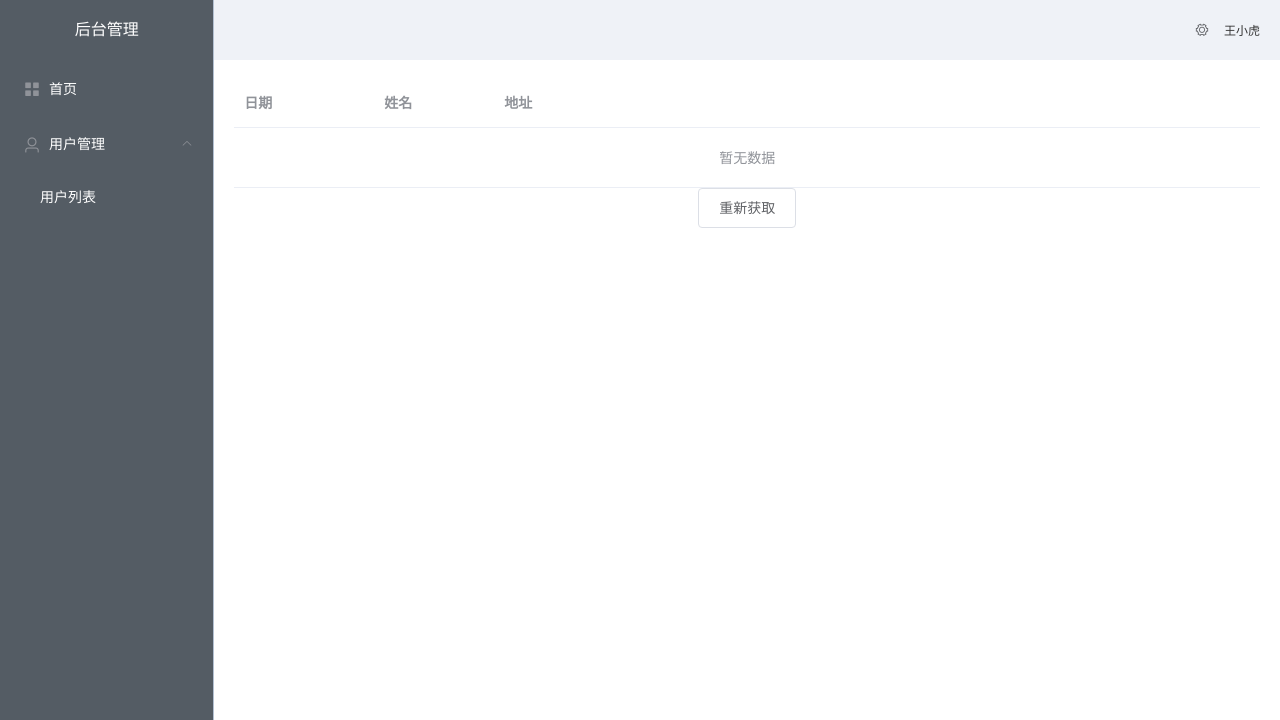
Repository: cmw520520/admin_vue
Page: /#/user/userlist
These files come from the project's save history. The page is drawn as it stood at one moment and after the next save; the edit follows.
The browser window is 1280 px wide. The pictures show the whole page.
The page's requests for data from a server got no answer. The project was rebuilt for these pictures with package versions that can differ from the ones it lists, and the page was loaded fresh each time. No one was signed in, and anything a server would have sent is missing. Also part of the build but not shown: src/page/home/Home.vue, example/Echart.vue.

Above is the page before, as saved 2019-07-02 17:13:08.

### index.html
<!DOCTYPE html>
<html>
  <head>
    <meta charset="utf-8">
    <meta name="viewport" content="width=device-width,initial-scale=1.0">
    <title>cmw</title>
  </head>
  <body>
    <div id="app"></div>
    <!-- built files will be auto injected -->
  </body>
</html>

### src/main.js
// The Vue build version to load with the `import` command
// (runtime-only or standalone) has been set in webpack.base.conf with an alias.
import Vue from 'vue'
import App from './App'
import router from './router'
import ElementUI from 'element-ui'
import 'element-ui/lib/theme-chalk/index.css'
import store from './store/index'
import axios from 'axios'

Vue.config.productionTip = false

axios.defaults.baseURL = '/api/'

Vue.use(ElementUI)

/* eslint-disable no-new */
new Vue({
  el: '#app',
  router,
  store,
  components: { App },
  template: '<App/>'
})

### src/App.vue
<template>
  <div id="app">
    <!-- <img src="./assets/logo.png"> -->
    <router-view/>
  </div>
</template>

<script>
export default {
  name: 'App'
}
</script>

<style>
#app {
  font-family: 'Avenir', Helvetica, Arial, sans-serif;
  -webkit-font-smoothing: antialiased;
  -moz-osx-font-smoothing: grayscale;
  text-align: center;
  color: #2c3e50;
  width: 100%;
  height: 100%;
  /* margin-top: 60px; */
}

body, html {
  margin: 0;
  padding: 0;
  height: 100%;
  width: 100%;
}
</style>

### src/router/index.js
import Vue from 'vue'
import Router from 'vue-router'
// import HelloWorld from '@/components/HelloWorld'
import Manage from '@/page/Manage'
import Home from '@/page/home/Home'
import UserList from '@/page/user/UserList'
import Echart from '../../example/Echart'

Vue.use(Router)

export default new Router({
  routes: [
    {
      path: '/',
      name: '',
      component: Manage,
      children: [
        {
          path: '',
          component: Home,
          meta: []
        },
        {
          path: '/user/userlist',
          component: UserList,
          meta: []
        },
        {
          path: '/example/echart',
          component: Echart,
          meta: ['图表']
        }
      ]
    }
  ]
})

### src/store/index.js
import Vue from 'vue'
import Vuex from 'vuex'
import user from './user/index'

Vue.use(Vuex)

const store = new Vuex.Store({
  modules: {
    user
  }
})

export default store

### src/page/Manage.vue
<template>
  <el-container style="height: 100%;">
    <el-col :span="4" style="background-color: rgb(84, 92, 100);overflow:hidden;">
      <el-col>
        <div class="logo">后台管理</div>
      </el-col>
      <el-col>
        <el-slider></el-slider>
      </el-col>
    </el-col>

    <el-col :span="20" style="border-left: 1px solid #b3c0d1;overflow: auto;overflow-scrolling: touch;">
      <el-header style="text-align: right; font-size: 12px">
        <el-dropdown>
          <i class="el-icon-setting" style="margin-right: 15px"></i>
          <el-dropdown-menu slot="dropdown">
            <el-dropdown-item>查看</el-dropdown-item>
            <el-dropdown-item>新增</el-dropdown-item>
            <el-dropdown-item>删除</el-dropdown-item>
          </el-dropdown-menu>
        </el-dropdown>
        <span>王小虎</span>
      </el-header>

      <el-main>
        <transition name="fade" mode="out-in">
            <router-view></router-view>
        </transition>
      </el-main>
    </el-col>
  </el-container>
</template>

<script>
import slider from '@/components/Slider'

export default {
  name: 'manage',
  components: {
    'el-slider': slider
  }
}
</script>

<style scope>
.el-header {
  background-color: #EFF2F7;
  color: #333;
  line-height: 60px;
}

.el-aside {
  color: #333;
}

.fade-enter-active, .fade-leave-active {
    transition: opacity 0.5s, transform 0.5s;
}

.fade-enter, .fade-leave-to {
    opacity: 0;
}

/* 导航logo S */
.logo {
    height: 60px;
    line-height: 60px;
    color: #fff;
}
/* 导航logo E */
</style>

### src/page/user/UserList.vue
<template>
    <el-row>
      <el-col>
        <el-table v-if="userList" :data="userList">
            <el-table-column prop="date" label="日期" width="140"></el-table-column>
            <el-table-column prop="name" label="姓名" width="120"></el-table-column>
            <el-table-column prop="address" label="地址"></el-table-column>
        </el-table>
      </el-col>

      <el-col>
        <el-button @click="getUserList">重新获取</el-button>
      </el-col>
    </el-row>

</template>

<script>
import {mapState} from 'vuex'
import {user} from '../../store/user/index'

export default {
  name: 'userlist',
  data () {
    return {
      i: ''
    }
  },
  computed: {
    ...mapState({
      userList: state => user.state.userList
    })
  },
  mounted () {
    this.getUserList()
  },
  methods: {
    getUserList () {
      this.$store.dispatch('GETUSERLIST')
    }
  }
}
</script>

<style scope>

</style>

### src/store/user/index.js
import * as types from './types'
import http from '../../utils/http'

export const user = {
  state: {
    userList: []
  },
  actions: {
    [types.GETUSERLIST] (context, params) {
      http.fetch('user/userlist', params).then(data => {
        context.commit(types.GETUSERLIST, data)
      })
    }
  },
  mutations: {
    [types.GETUSERLIST] (state, data) {
      state.userList = data.data
    }
  }
}

export default user

### src/components/Slider.vue
<template>
  <el-menu :default-openeds="['1', '3']"
    background-color="rgb(84, 92, 100)"
    text-color="#fff"
    active-text-color="#fff"
    style="border:none;text-align:left;"
    router>
    <label v-for="(item, index) in navMenu" :key="index">
      <el-menu-item v-if="item.isHeader" :index="item.component">
        <i :class=item.icon></i>
        <span slot="title">{{ item.name }}</span>
      </el-menu-item>

      <el-submenu v-else :index="String(index)">
        <template slot="title">
          <i :class=item.icon></i>{{ item.name }}
        </template>
        <el-menu-item v-for="(item2, index2) in item.children" :key="index2" :index="item2.component">{{ item2.name }}</el-menu-item>
      </el-submenu>
    </label>
  </el-menu>
</template>

<script>
export default {
  name: 'slider',
  data () {
    return {
      navMenu: [
        {
          isHeader: true,
          name: '首页',
          icon: 'el-icon-menu',
          component: '/'
        },
        {
          name: '用户管理',
          icon: 'el-icon-user',
          children: [
            {
              name: '用户列表',
              component: '/user/userlist'
            }
          ]
        }
      ]
    }
  }
}
</script>

<style>
</style>

### src/store/user/types.js
export const GETUSERLIST = 'GETUSERLIST'

### src/utils/http.js
import axios from 'axios'
import qs from 'qs'
import Vue from 'vue'

const vue = new Vue()
// axios.defaults.headers.post['Content-Type'] = 'application/x-www-form-urlencoded; chartset=UTF-8'

export default {
  fetch (path, params) {
    if (!(params instanceof FormData)) {
      params = qs.stringify(params)
    }
    return axios.post(path, params).then(function (rep) {
      let data = rep.data
      if (data.code && data.code !== 1) {
        vue.$message({
          showClose: true,
          message: data.message,
          type: 'error'
        })
        return Promise.reject(data)
      }
      return data
    })
  }
}

After the next save:
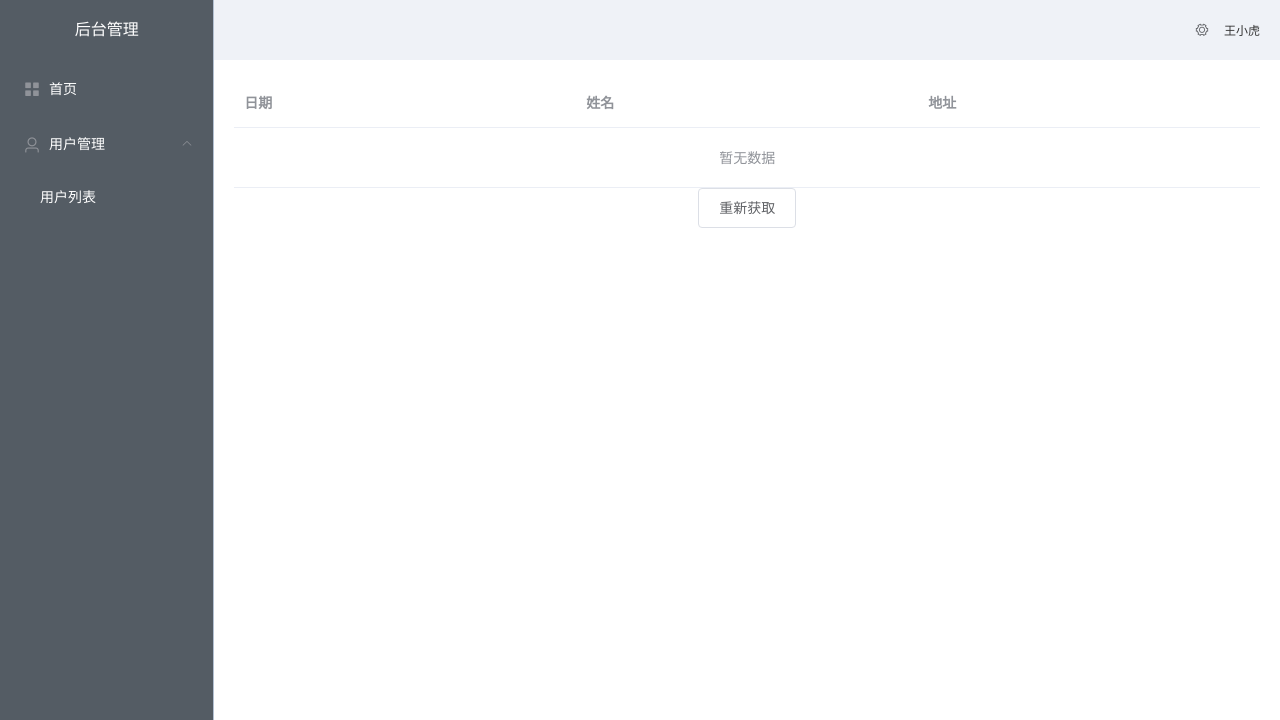
Saved 16 h 22 min later.
--- a/src/page/user/UserList.vue
+++ b/src/page/user/UserList.vue
@@ -2,8 +2,8 @@
     <el-row>
       <el-col>
         <el-table v-if="userList" :data="userList">
-            <el-table-column prop="date" label="日期" width="140"></el-table-column>
-            <el-table-column prop="name" label="姓名" width="120"></el-table-column>
+            <el-table-column prop="date" label="日期"></el-table-column>
+            <el-table-column prop="name" label="姓名"></el-table-column>
             <el-table-column prop="address" label="地址"></el-table-column>
         </el-table>
       </el-col>
